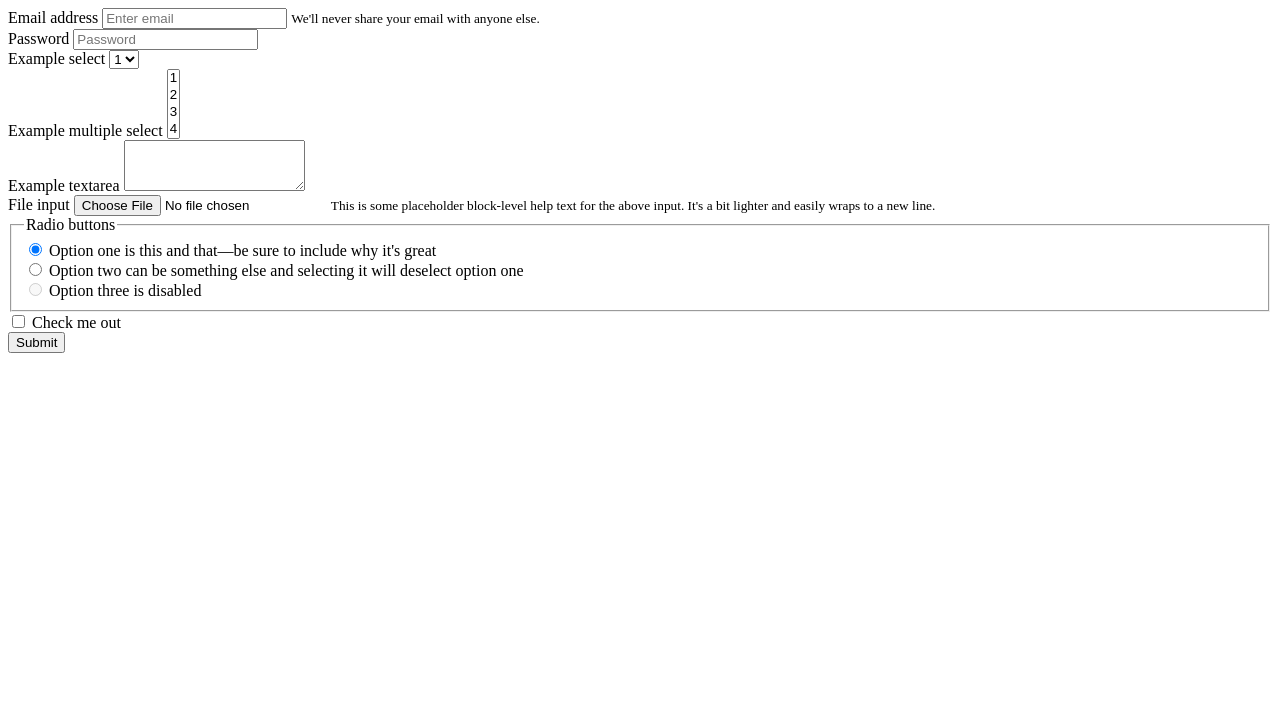
Repository: Dorns/negociacao
Page: http://localhost/Mercadoria/
These files come from the project's save history. The page is drawn as it stood at one moment and after the next save; the edit follows.
The browser window is 1280 px wide. The pictures show the whole page.
Some web libraries are served in a nearby version. The page is served by Tomcat 9. Other server files are loaded and not shown.

Above is the page before, as saved 2017-03-27 22:21:26.

### Mercadoria/WebContent/index.jsp
<%@ page language="java" contentType="text/html; charset=ISO-8859-1"
    pageEncoding="ISO-8859-1"%>

<!DOCTYPE html>
<html>
<head>
<meta http-equiv="Content-Type" content="text/html; charset=ISO-8859-1">
<title>Negociação de Mercadorias</title>
</head>
<body>
<form>
  <div class="form-group">
    <label for="exampleInputEmail1">Email address</label>
    <input type="email" class="form-control" id="exampleInputEmail1" aria-describedby="emailHelp" placeholder="Enter email">
    <small id="emailHelp" class="form-text text-muted">We'll never share your email with anyone else.</small>
  </div>
  <div class="form-group">
    <label for="exampleInputPassword1">Password</label>
    <input type="password" class="form-control" id="exampleInputPassword1" placeholder="Password">
  </div>
  <div class="form-group">
    <label for="exampleSelect1">Example select</label>
    <select class="form-control" id="exampleSelect1">
      <option>1</option>
      <option>2</option>
      <option>3</option>
      <option>4</option>
      <option>5</option>
    </select>
  </div>
  <div class="form-group">
    <label for="exampleSelect2">Example multiple select</label>
    <select multiple class="form-control" id="exampleSelect2">
      <option>1</option>
      <option>2</option>
      <option>3</option>
      <option>4</option>
      <option>5</option>
    </select>
  </div>
  <div class="form-group">
    <label for="exampleTextarea">Example textarea</label>
    <textarea class="form-control" id="exampleTextarea" rows="3"></textarea>
  </div>
  <div class="form-group">
    <label for="exampleInputFile">File input</label>
    <input type="file" class="form-control-file" id="exampleInputFile" aria-describedby="fileHelp">
    <small id="fileHelp" class="form-text text-muted">This is some placeholder block-level help text for the above input. It's a bit lighter and easily wraps to a new line.</small>
  </div>
  <fieldset class="form-group">
    <legend>Radio buttons</legend>
    <div class="form-check">
      <label class="form-check-label">
        <input type="radio" class="form-check-input" name="optionsRadios" id="optionsRadios1" value="option1" checked>
        Option one is this and that&mdash;be sure to include why it's great
      </label>
    </div>
    <div class="form-check">
    <label class="form-check-label">
        <input type="radio" class="form-check-input" name="optionsRadios" id="optionsRadios2" value="option2">
        Option two can be something else and selecting it will deselect option one
      </label>
    </div>
    <div class="form-check disabled">
    <label class="form-check-label">
        <input type="radio" class="form-check-input" name="optionsRadios" id="optionsRadios3" value="option3" disabled>
        Option three is disabled
      </label>
    </div>
  </fieldset>
  <div class="form-check">
    <label class="form-check-label">
      <input type="checkbox" class="form-check-input">
      Check me out
    </label>
  </div>
  <button type="submit" class="btn btn-primary">Submit</button>
</body>
</html>

After the next save:
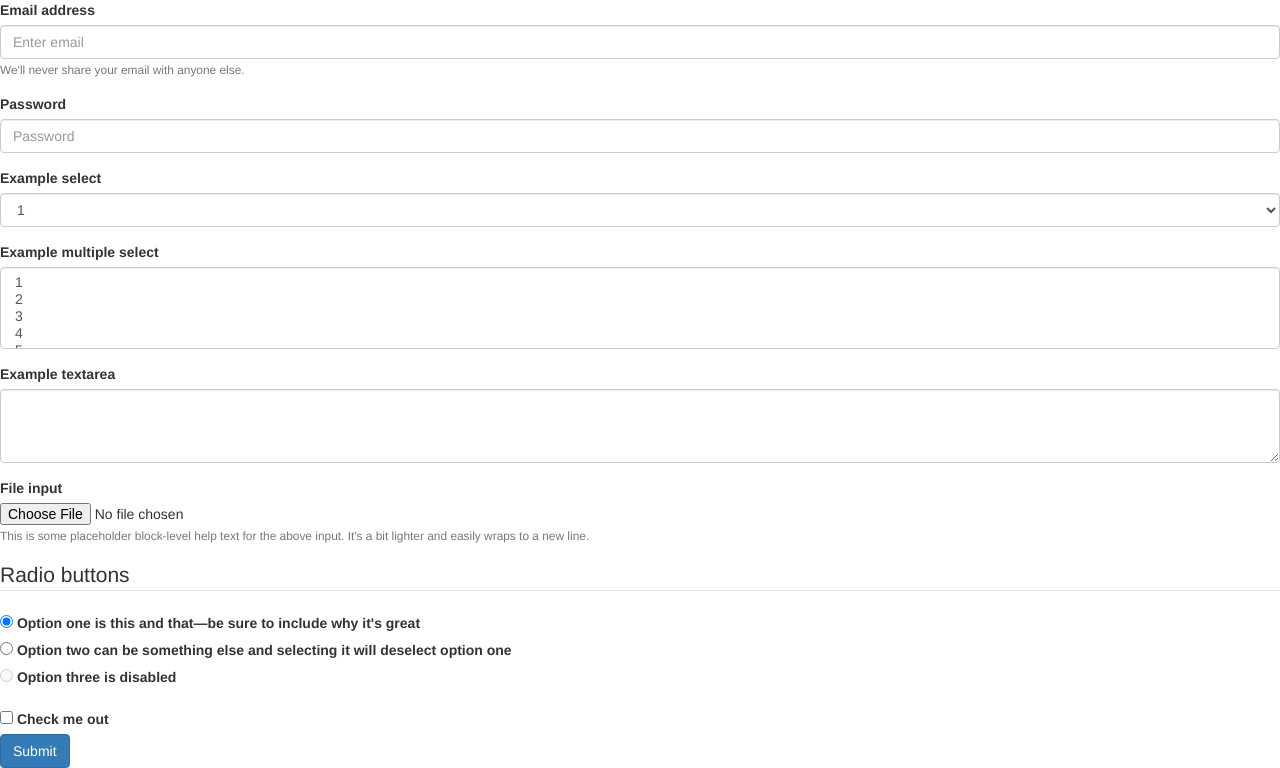
Saved 38 s later.
--- a/Mercadoria/WebContent/index.jsp
+++ b/Mercadoria/WebContent/index.jsp
@@ -4,6 +4,14 @@
 <!DOCTYPE html>
 <html>
 <head>
+<!-- Latest compiled and minified CSS -->
+<link rel="stylesheet" href="https://maxcdn.bootstrapcdn.com/bootstrap/3.3.7/css/bootstrap.min.css">
+
+<!-- jQuery library -->
+<script src="https://ajax.googleapis.com/ajax/libs/jquery/3.1.1/jquery.min.js"></script>
+
+<!-- Latest compiled JavaScript -->
+<script src="https://maxcdn.bootstrapcdn.com/bootstrap/3.3.7/js/bootstrap.min.js"></script>
 <meta http-equiv="Content-Type" content="text/html; charset=ISO-8859-1">
 <title>Negociação de Mercadorias</title>
 </head>
